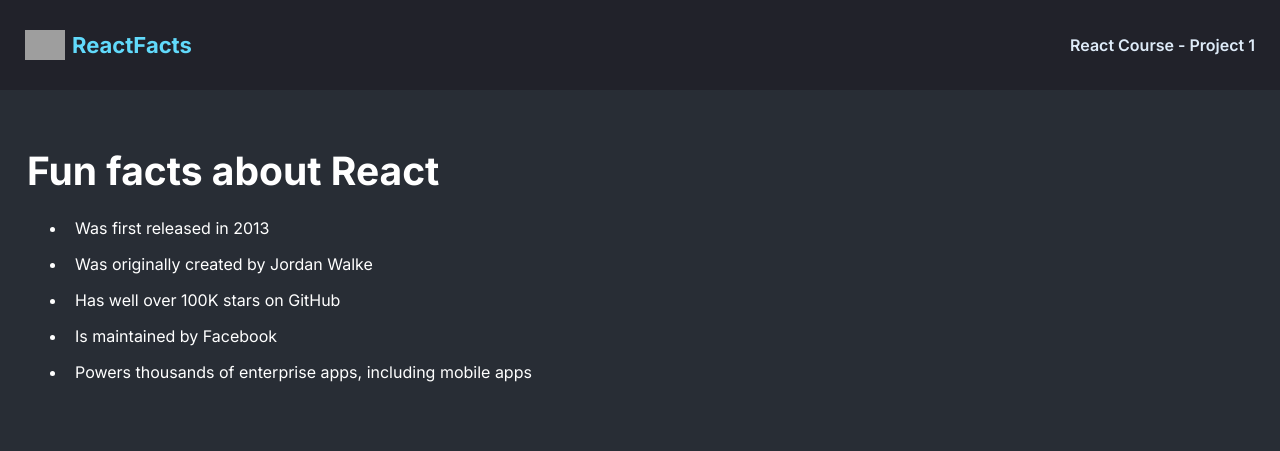
Repository: evemcd/scrimba-react2
Page: / (app in vite-react/)
These files come from the project's save history. The page is drawn as it stood at one moment and after the next save; the edit follows.
The browser window is 1280 px wide. The pictures show the whole page.
Pictures or frames that could not be fetched are drawn as grey boxes. The project was rebuilt for these pictures with package versions that can differ from the ones it lists, and the page was loaded fresh each time. Also part of the build but not shown: vite-react/vite.config.js.

Above is the page before, as saved 2023-08-04 12:15:40.

### vite-react/index.html
<!doctype html>
<html lang="en">

<head>
  <meta charset="UTF-8" />
  <meta name="viewport" content="width=device-width, initial-scale=1.0" />
  <link rel="preconnect" href="https://fonts.googleapis.com">
  <link rel="preconnect" href="https://fonts.gstatic.com" crossorigin>
  <link
    href="https://fonts.googleapis.com/css2?family=Inter:wght@400;600;700&family=Roboto+Condensed:wght@300;400;700&family=Roboto:ital,wght@0,400;0,700;0,900;1,300&display=swap"
    rel="stylesheet">
  <link rel="stylesheet" href="./src/index.css">
  <title>ReactFacts</title>
</head>

<body>
  <div id="root"></div>
  <script type="module" src="/src/index.jsx"></script>
</body>

</html>

### vite-react/src/index.css
* {
  box-sizing: border-box;
}

body {
  margin: 0;
  font-family: Inter, sans-serif;
  background-color: #282D35;
}

nav {
  display: flex;
  align-items: center;
  background-color: #21222A;
  height: 90px;
  padding: 30px 25px;
}

.nav--icon {
  height: 30px;
  margin-right: 7px;
}

.nav--logo_text {
  color: #61DAFB;
  margin: 0;
  margin-right: auto;
  font-weight: 700;
  font-size: 22px;
}

.nav--title {
  margin: 0;
  color: #DEEBF8;
  font-weight: 600;
}

main {
  color: #FFFFFF;
  padding: 57px 27px;
}

.main--title {
  margin: 0;
  /* padding: 40px 25px 20px 25px; */
  font-size: 39px;
}

.factsList {
  padding: 0 70px;
}

.listElements {
  padding: 8px;
  font-size: 16px;
}

### vite-react/src/index.jsx
import React from 'react'
import ReactDOM from 'react-dom'
import App from './App.jsx'



ReactDOM.render(
  <App />,
  document.getElementById('root'))

### vite-react/src/App.jsx
import React from 'react'
import Navbar from './components/Navbar.jsx'
import Main from './components/Main.jsx'

export default function App() {
    return (
        <div className="container">
            <Navbar />
            <Main />
        </div>
    )
}

### vite-react/src/components/Navbar.jsx
import '../index.css'

export default function Navbar() {
    return (
        <nav>
            <img src="../../public/img/react-logo.png" className='nav--icon' />
            <h3 className='nav--logo_text'>ReactFacts</h3>
            <h4 className='nav--title'>React Course - Project 1</h4>
        </nav>
    )
}

### vite-react/src/components/Main.jsx
export default function Main() {
    return (
        <main>
            <h1 className="main--title">Fun facts about React</h1>
            <ul className="main--facts">
                <li className="listElements">Was first released in 2013</li>
                <li className="listElements">Was originally created by Jordan Walke</li>
                <li className="listElements">Has well over 100K stars on GitHub</li>
                <li className="listElements">Is maintained by Facebook</li>
                <li className="listElements">Powers thousands of enterprise apps, including mobile apps</li>
            </ul>
        </main>
    )
}

After the next save:
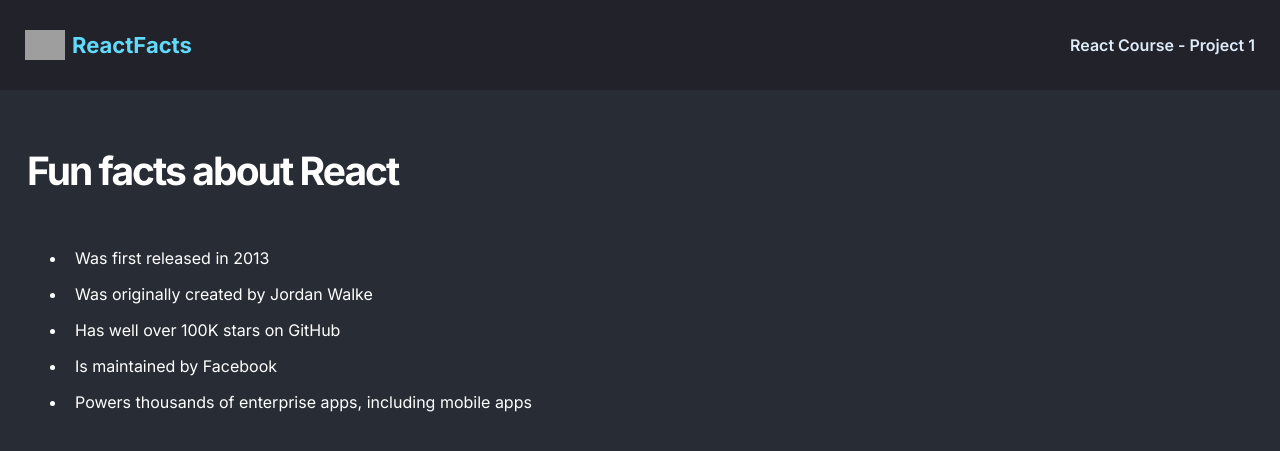
Saved 31 s later.
--- a/vite-react/src/index.css
+++ b/vite-react/src/index.css
@@ -44,10 +44,11 @@ main {
   margin: 0;
   /* padding: 40px 25px 20px 25px; */
   font-size: 39px;
+  letter-spacing: -0.05em;
 }
 
-.factsList {
-  padding: 0 70px;
+.main--facts {
+  margin-top: 46px;
 }
 
 .listElements {
